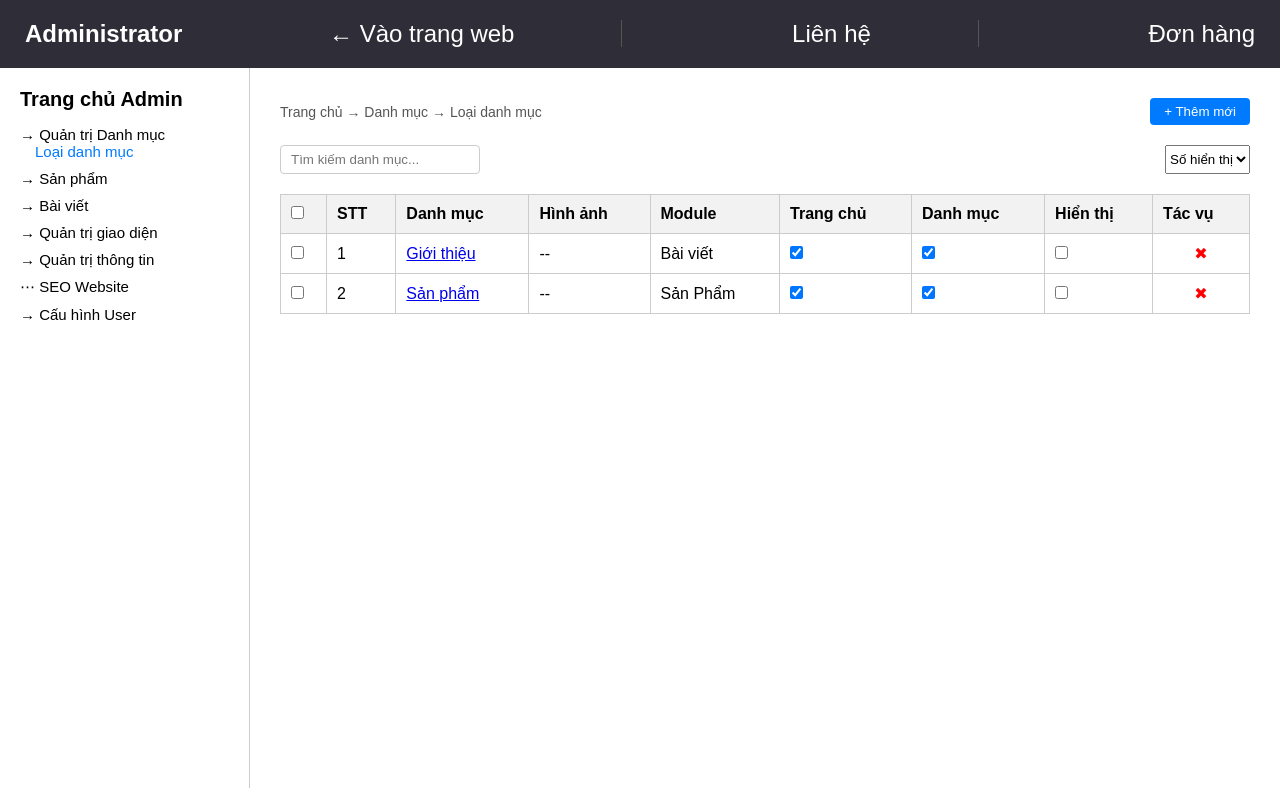
Repository: TranTanDat0606/Du-An-1
Page: Admin]/admin.html
These files come from the project's save history. The page is drawn as it stood at one moment and after the next save; the edit follows.
The browser window is 1280 px wide. The pictures show the whole page.

Above is the page before, as saved 2025-07-30 15:06:20.

### Admin]/admin.html
<!DOCTYPE html>
<html lang="vi">
<head>
    <meta charset="UTF-8" />
    <meta name="viewport" content="width=device-width, initial-scale=1.0"/>
    <title>Quản lý danh mục</title>
    <link rel="stylesheet" href="admin.css" />
</head>
<body>
    <header class="topbar">
    <div class="topbar-left">Administrator</div>
    <div class="topbar-right">
    <a href="#">← Vào trang web</a>
    <a href="#">Liên hệ</a>
    <a href="#">Đơn hàng</a></div>
</header>
    <div class="admin-container">
    <aside class="sidebar">
    <h2>Trang chủ Admin</h2>
    <ul>
        <li>→ Quản trị Danh mục
    <ul class="submenu">
            <li><a href="#">Loại danh mục</a></li>
    </ul>
        </li>
        <li>→ Sản phẩm</li>
        <li>→ Bài viết</li>
        <li>→ Quản trị giao diện</li>
        <li>→ Quản trị thông tin</li>
        <li>⋯ SEO Website</li>
        <li>→ Cấu hình User</li>
    </ul>
    </aside>
    <main class="main-content">
    <div class="header-bar">
        <span class="breadcrumbs">Trang chủ → Danh mục → Loại danh mục</span>
        <button class="btn-new">+ Thêm mới</button>
    </div>

    <div class="table-toolbar">
        <input type="text" class="search-input" placeholder="Tìm kiếm danh mục..." />
        <select>
    <option>Số hiển thị</option>
        </select>
    </div>
    <table>
        <thead>
    <tr>
            <th><input type="checkbox" /></th>
            <th>STT</th>
            <th>Danh mục</th>
            <th>Hình ảnh</th>
            <th>Module</th>
            <th>Trang chủ</th>
            <th>Danh mục</th>
            <th>Hiển thị</th>
            <th>Tác vụ</th>
    </tr>
        </thead>
        <tbody>
    <tr>
            <td><input type="checkbox" /></td>
            <td>1</td>
            <td><a href="#">Giới thiệu</a></td>
            <td>--</td>
            <td>Bài viết</td>
            <td><input type="checkbox" checked /></td>
            <td><input type="checkbox" checked /></td>
            <td><input type="checkbox" /></td>
            <td class="text-danger">✖</td>
    </tr>
    <tr>
            <td><input type="checkbox" /></td>
            <td>2</td>
            <td><a href="#">Sản phẩm</a></td>
            <td>--</td>
            <td>Sản Phẩm</td>
            <td><input type="checkbox" checked /></td>
            <td><input type="checkbox" checked /></td>
            <td><input type="checkbox" /></td>
            <td class="text-danger">✖</td>
    </tr>
        </tbody>
    </table>
    </main>
    </div>
</body>
</html>

### Admin]/admin.css
* {
    margin: 0;
    padding: 0;
    box-sizing: border-box;
    font-family: sans-serif;
}
/* header */
/* Topbar admin */
.topbar {
    background-color: #2f2e38;
    color: white;
    display: flex;
    justify-content: space-between;
    align-items: center;
    padding: 20px 25px;
    font-size: 24px;
}

.topbar-left {
    font-weight: bold;
}

.topbar-right a {
    color: white;
    text-decoration: none;
    margin-left: 100px;
    border-left: 1px solid #555;
    padding-left: 170px
}

.topbar-right a:first-child {
    border-left: none;
    padding-left: 0;
}
body {
    background: #f5f5f5;
}

.admin-container {
    display: flex;
    height: 100vh;
}

/* Sidebar */
.sidebar {
    width: 250px;
    background: #fff;
    border-right: 1px solid #ccc;
    padding: 20px;
}

.sidebar h2 {
    margin-bottom: 15px;
    font-size: 20px;
}

.sidebar ul {
    list-style: none;
}

.sidebar li {
    margin-bottom: 10px;
    font-size: 15px;
}

.sidebar .submenu {
    margin-left: 15px;
}

.sidebar a {
    color: #007bff;
    text-decoration: none;
}

/* Main Content */
.main-content {
    flex: 1;
    padding: 30px;
    background: #fff;
}

.header-bar {
    display: flex;
    justify-content: space-between;
    align-items: center;
}

.breadcrumbs {
    color: #555;
    font-size: 14px;
}

.btn-new {
    background: #007bff;
    color: #fff;
    border: none;
    padding: 6px 14px;
    border-radius: 4px;
    cursor: pointer;
}

.table-toolbar {
    margin: 20px 0;
    display: flex;
    justify-content: space-between;
}

.search-input {
    padding: 6px 10px;
    width: 200px;
    border: 1px solid #ccc;
    border-radius: 4px;
}

table {
    width: 100%;
    border-collapse: collapse;
    background: #fff;
}

table th,
table td {
    border: 1px solid #ccc;
    padding: 10px;
    text-align: left;
}

table th {
    background: #f2f2f2;
}

.text-danger {
    color: red;
    text-align: center;
}

After the next save:
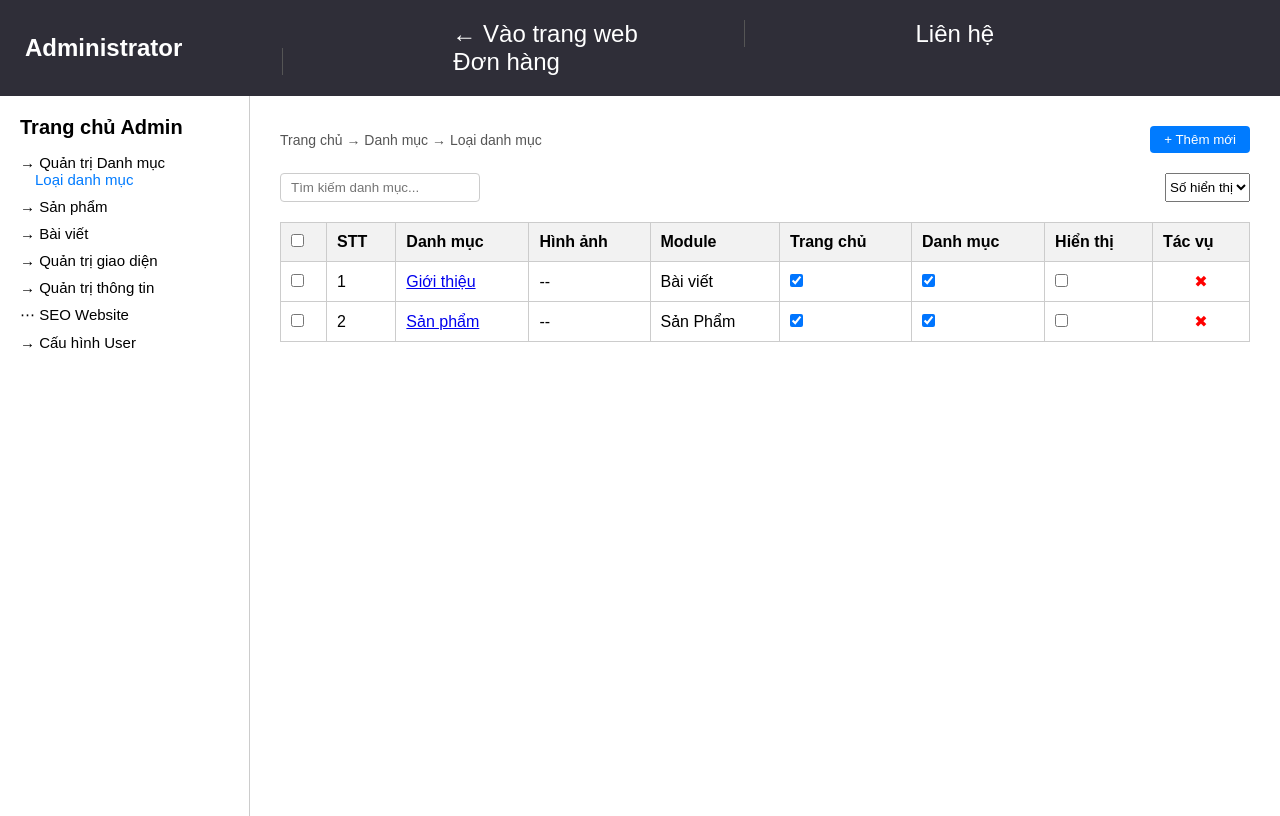
Saved 20 s later.
--- a/Admin]/admin.css
+++ b/Admin]/admin.css
@@ -30,7 +30,7 @@
 
 .topbar-right a:first-child {
     border-left: none;
-    padding-left: 0;
+    padding-left: ;
 }
 body {
     background: #f5f5f5;

After the 3 saves that followed:
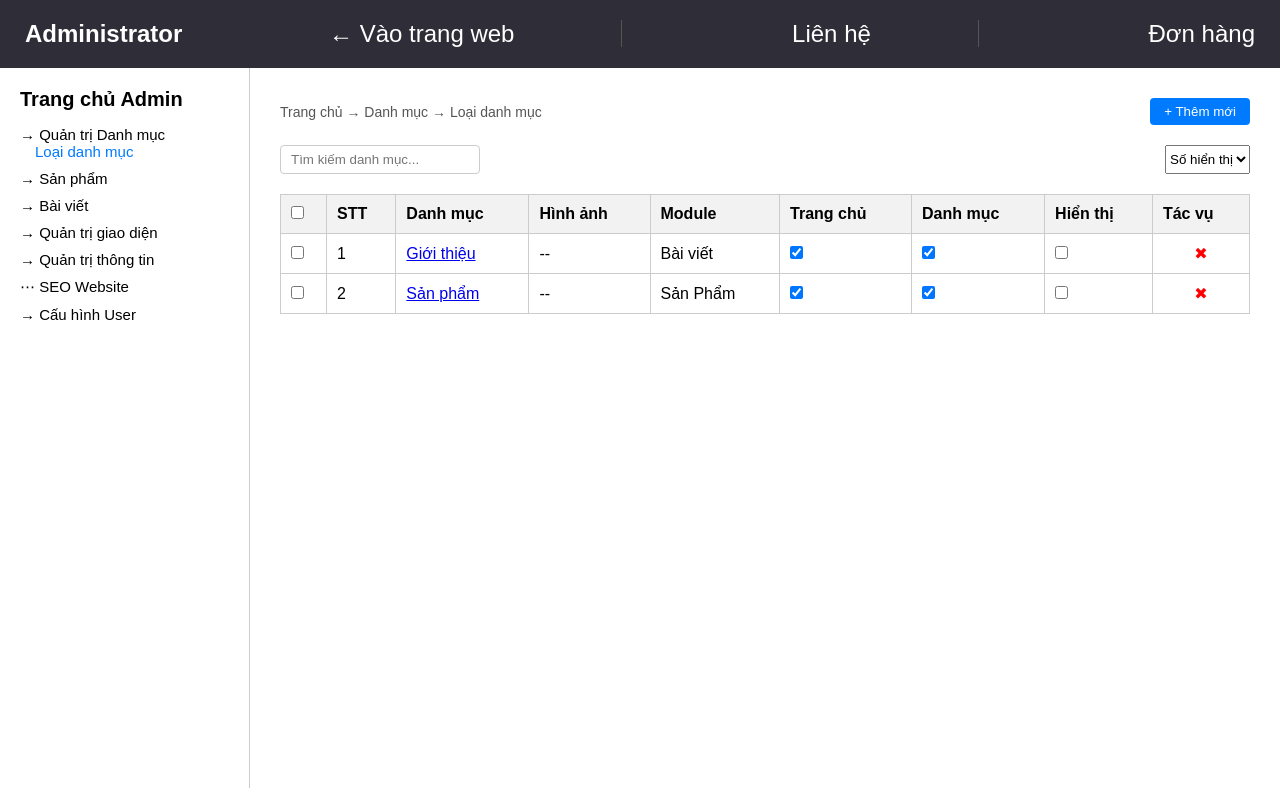
The 3 saves are shown as one change because 1 left the picture as it was and some came seconds apart.
The last was saved 13 s later.
--- a/Admin]/admin.css
+++ b/Admin]/admin.css
@@ -30,7 +30,7 @@
 
 .topbar-right a:first-child {
     border-left: none;
-    padding-left: ;
+    padding-left: 40px;
 }
 body {
     background: #f5f5f5;
